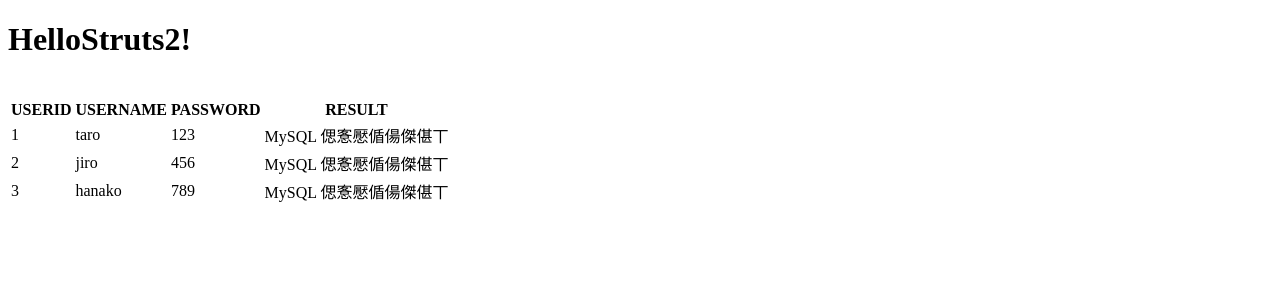
Repository: b1116248/test
Page: http://localhost/webproj5/HelloStrutsAction.action
An editor plug-in stored every save of this project. The page is shown before and after the next save, followed by the edit.
The browser window is 1280 px wide. The pictures show the whole page.
The page is served by Tomcat 9. Other server files are loaded and not shown. The database holds what the project's SQL file puts in it.

Above is the page before, as saved 2018-07-17 06:28:18.

### webproj5/WebContent/hello.jsp
<%@ page language="java" contentType="text/html; charset=UTF-8"
    pageEncoding="UTF-8"%>

<%@ taglib prefix="s" uri="/struts-tags" %>
<!DOCTYPE html>
<html>
<head>
<meta  charset="utf-8">
<title>HelloStruts</title>
</head>
<body>
<h1>HelloStruts2!</h1>
<br>
<table>
	<tbody>
	<tr>
		<th>USERID</th>
		<th>USERNAME</th>
		<th>PASSWORD</th>
		<th>RESULT</th>
	</tr>
	<s:iterator value="#session.helloStrutsDTOList">
	<tr>
		<td><s:property value="userId"/></td>
		<td><s:property value="userName"/></td>
		<td><s:property value="password"/></td>
		<td><s:property value="result"/></td>
	</tr>
	</s:iterator>
	</tbody>
</table>
</body>
</html>

### webproj5/src/com/internousdev/webproj5/dao/HelloStrutsDAO.java
package com.internousdev.webproj5.dao;

import java.sql.Connection;
import java.sql.PreparedStatement;
import java.sql.ResultSet;
import java.sql.SQLException;
import java.util.ArrayList;
import java.util.List;

import com.internousdev.webproj5.dto.HelloStrutsDTO;
import com.internousdev.webproj5.util.DBConnector;


public class HelloStrutsDAO {

	List<HelloStrutsDTO> helloStrutsDTOList = new ArrayList<HelloStrutsDTO>();

	public List<HelloStrutsDTO> select() {
		DBConnector db = new DBConnector();
		Connection con = db.getConnection();


		String sql = "select * from users";

		try {
			PreparedStatement ps = con.prepareStatement(sql);
			ResultSet rs = ps.executeQuery();

			while(rs.next()) {
				HelloStrutsDTO dto=new HelloStrutsDTO();
				dto.setUserId(rs.getInt("user_id"));
				dto.setUserName(rs.getString("user_name"));
				dto.setPassword(rs.getString("password"));
				dto.setResult("MySQL 偲愙懕偱偒傑偡丅");
				helloStrutsDTOList.add(dto);
			}
		} catch (SQLException e) {
			e.printStackTrace();
		}
		try {
			con.close();
		} catch (SQLException e) {
			e.printStackTrace();
		}
		return helloStrutsDTOList;

	}

}

### webproj5/src/com/internousdev/webproj5/util/DBConnector.java
package com.internousdev.webproj5.util;

import java.sql.Connection;
import java.sql.DriverManager;
import java.sql.SQLException;

public class DBConnector {

	private static String driverName = "com.mysql.jdbc.Driver";


	private static String url = "jdbc:mysql://localhost/testdb";

	private static String user = "root";

	private static String password = "mysql";

	public Connection getConnection(){
		Connection con = null;

		try{
			Class.forName(driverName);
			con= DriverManager.getConnection(url,user,password);
		}catch (ClassNotFoundException e) {
			e.printStackTrace();
		}catch(SQLException e) {
			e.printStackTrace();
		}
		return con;
	}

}

### webproj5/src/com/internousdev/webproj5/dto/HelloStrutsDTO.java
package com.internousdev.webproj5.dto;

public class HelloStrutsDTO {

	private int userId;

	private String userName;

	private String password;

	private String result;

	public int getUserId(){
		return userId;
	}

	public void setUserId(int userId) {
		this.userId = userId;
	}


	public String getUserName(){
		return userName;
	}

	public void setUserName(String userName){
		this.userName = userName;
}

	public String getPassword(){
		return password;
		}


	public void setPassword(String password) {
		this.password = password;
	}

	public String getResult(){
		return result;
	}

	public void setResult(String result) {
		this.result = result;
	}
	}

### webproj5/sql/testdb.sql (the tables this page reads)
create table users(
user_id int primary key auto_increment,
user_name varchar(255),
password varchar(255)
);

insert into users values(1,"taro","123");

insert into users values(2,"jiro","456");

insert into users values(3,"hanako","789");

### webproj5/WebContent/css/style.css
table {
width:auto;
border-spacing: 0;
    font-size:14px;
}

table th{
    color: #fff;
    padding: 8px 15px;
    background: #258;
    background: -moz-linear-gradient(rgba(34,85,136,0.7)), rgba(34,85,136,0.9)50%);
    background: -webkit-gradient(linear,100% 0%,100% 50%, from(rgba(34,85,136,0.7)),to(rgba(34,85,136,0.9)));
    font-weight: bold;
    border-left: 1px solid #258;
    border-top:1px solid #258;
    border-bottom: 1px solid #258;
    line-height: 120%;
    text-align: center;
    text-shadow: 0 -1px 0 rgba(34,85,136,0.9);
    box-shadow: 0px 1px 1px rgba(255,255,255,0.3)inset;
}

table th:first-child {
    border-radius: 5px 0 0 0;
}

table th:last-child {
    border-radius: 0 5px 0 0;
    border-right: 1px solid #258;
    box-shadow: 2px 2px 1px rgba(0,0,0,0.1),0px 1px 1px rgba(255,255,255,0.3) inset;

}

table tr td {
    padding: 8px 15px;
    border-bottom: 1px solid #84b2e0;
    border-left: 1px solid #84b2e0;
    text-align: center;
}


table tr td:last-child{
    border-right: 1px solid #84b2e0;
    box-shadow: 2px 2px 1px rgba(0,0,0,0.1)

}

table tr{
    background: #fff;
}

table tr:nth-child(2n+1) {
    background: #f1f6fc;
}

table tr:last-child td{
    box-shadow: 2px 2px 1px rgba(0,0,0,0.1);
}

table tr:last-child td:first-child {
    border-radius: 0 0 0 5px ;
}
table tr:last-child td:last-child{
    border-radius:0 0 5px 0;
}

table tr:hover{
    background: #bbd4ee;
    cursor:pointer;
}

After the next save:
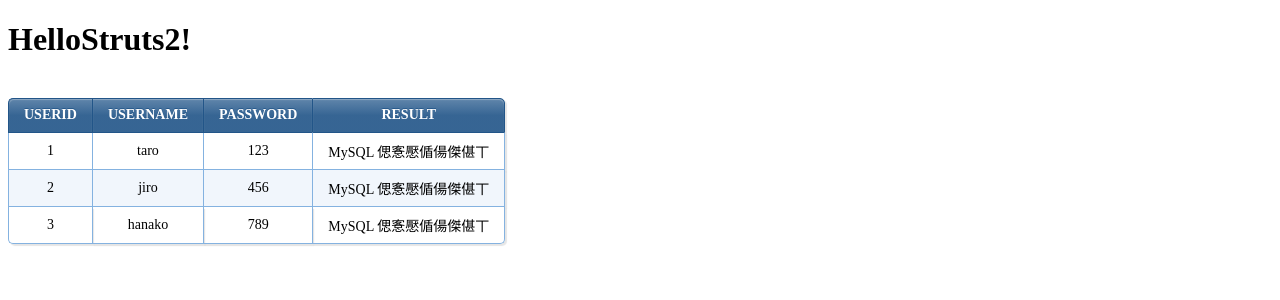
Saved 11 min 8 s later.
--- a/webproj5/WebContent/hello.jsp
+++ b/webproj5/WebContent/hello.jsp
@@ -6,6 +6,7 @@
 <html>
 <head>
 <meta  charset="utf-8">
+<link rel="stylesheet" type="text/css" href="./css/style.css">
 <title>HelloStruts</title>
 </head>
 <body>
